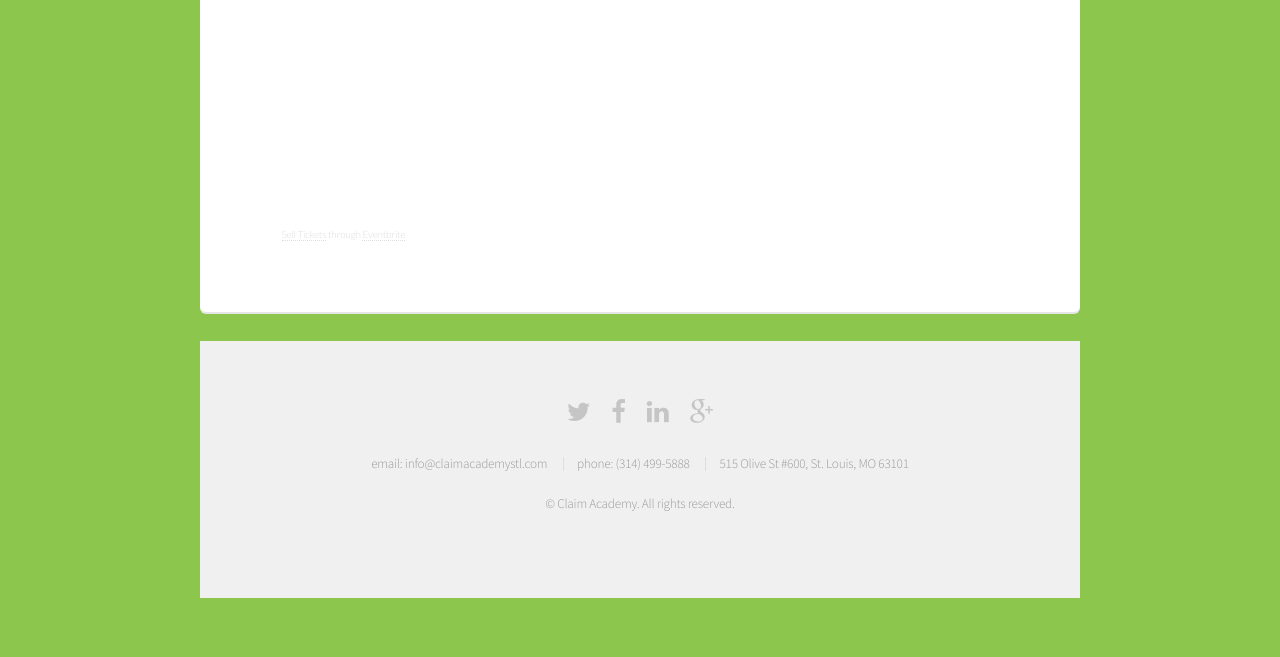
Repository: Kemo92/ClaimAcademy
Page: events/index.html
The author's editor kept a record of every edit. The page is drawn from the files as they stood at one moment, then again after the next edit.
The browser window is 1280 px wide. The pictures show the part of the page from y = 1122 to 2074 px (the page is 1779 px tall before and 2074 px after).
Pictures or frames that could not be fetched are drawn as grey boxes.

Above is the page before.

### events/index.html
<!DOCTYPE HTML>
<!--
Alpha by HTML5 UP
html5up.net | @n33co
Free for personal and commercial use under the CCA 3.0 license (html5up.net/license)
-->
<html>
<head>
<title>Claim Academy | Events at Claim Academy</title>
<!--Meta/SEO Stuff-->
<meta http-equiv="content-type" content="text/html; charset=utf-8" />
<meta name="description" content="All events held at Claim Academy's downtown St. Louis location. Join us!" />
<meta name="keywords" content="tech jobs, programming, Java, .NET, coding, St.Louis, learn to code, code, computer programming, developers, dev bootcamps, jobs" />

<!--Links to fonts and stylesheets-->
<link href='https://fonts.googleapis.com/css?family=Ubuntu:300' rel='stylesheet' type='text/css'>
<link href='https://fonts.googleapis.com/css?family=Lato:300' rel='stylesheet' type='text/css'>
<link rel="shortcut icon" href="/favicon.ico" type="image/x-icon">
<link rel="icon" href="/favicon.ico" type="image/x-icon">

<!--[if lte IE 8]><script src="css/ie/html5shiv.js"></script><![endif]-->
<script src="js/jquery.min.js"></script>
<script src="js/jquery.dropotron.min.js"></script>
<script src="js/jquery.scrollgress.min.js"></script>
<script src="js/skel.min.js"></script>
<script src="js/skel-layers.min.js"></script>
<script src="js/init.js"></script>
<noscript>
<link rel="stylesheet" href="../css/skel.css" />
<link rel="stylesheet" href="../css/style.css" />
<link rel="stylesheet" href="../css/style-wide.css" />
</noscript>
<!--[if lte IE 8]><link rel="stylesheet" href="css/ie/v8.css" /><![endif]-->
</head>
<body class="landing">




<!-- Header -->
<header id="header" class="alt">
<h1 id="sneakyheader"><a href="index.html"></a>Programming and Developer Bootcamp for St. Louis</h1>
<nav id="nav">
<ul>
<li><a href="index.html">Visit our Home Page</a></li>
<li><a href="http://claimacademystl.com/html/signup.html" class="button">Begin your application</a></li>
</ul>
</nav>
</header>




<!-- Banner -->
<section id="banner">
<div id="headsplash">
<p style="font-size:6vw">Claim Academy Events</p>
<hr>
<p style="font-size:4vw;">See our upcoming meet-ups, extra training opportunities, and weekend seminars</p>
</div>
</section>




<!-- Main -->
<section id="main" class="container">
<a name="jump1"></a>
<section class="box features">
<header class="major">
<div style="width:195px; text-align:center;" ><iframe  src="https://www.eventbrite.com/calendar-widget?eid=16777359534" frameborder="0" height="491" width="195" marginheight="0" marginwidth="0" scrolling="no" allowtransparency="true"></iframe><div style="font-family:Lato, Helvetica, Arial; font-size:10px; padding:5px 0 5px; margin:2px; width:195px; text-align:center;" ><a style="color:#ddd; text-decoration:none;" target="_blank" href="http://www.eventbrite.com/r/ecal">Sell Tickets</a> <span style="color:#ddd;">through</span> <a style="color:#ddd; text-decoration:none;" target="_blank" href="http://www.eventbrite.com?ref=ecal">Eventbrite</a></div></div>
</header>
</section>




<!-- CTA -->
<section id="cta" class="mobileonly">
<h2>On a mobile device?</h2>
<p style="font-size:3vw; width:80vw; margin-left:auto; margin-right:auto;">Enter your email below, and we'll send you a link to the application that you can complete later on your desktop.</p>
<form action="//claimacademystl.us9.list-manage.com/subscribe/post?u=79cf6ff8ead503f9b7587debe&amp;id=497ecf19fe" method="post" name="mc-embedded-subscribe-form" class="validate" target="_blank" novalidate>
<div class="row uniform 50%">
<div class="8u 12u(3)">
<input type="email" name="email" id="email" placeholder="Email Address" />
</div>
<div class="4u 12u(3)">
<input type="submit" value="Sign Up" class="fit" id="mc-embedded-subscribe"/>
</div>
</div>
</form>

<!--End mc_embed_signup-->
</section>

<!-- Footer -->
<footer id="footer">
<ul class="icons">
<li><a href="http://twitter.com/claimacademystl" class="icon fa-twitter"><span class="label">Twitter</span></a></li>
<li><a href="http://facebook.com/claimacademy" class="icon fa-facebook"><span class="label">Facebook</span></a></li>
<li><a href="https://www.linkedin.com/company/claim-academy" class="icon fa-linkedin"><span class="label">LinkedIn</span></a></li>
<li><a href="https://plus.google.com/+Claimacademystl/posts" class="icon fa-google-plus"><span class="label">Google+</span></a></li>
</ul>

<ul class="copyright">
<li>email: info@claimacademystl.com</li>
<li>phone: (314) 499-5888</li>
<li>515 Olive St #600, St. Louis, MO 63101</li>
</ul>
<ul class="copyright">
<li>&copy; Claim Academy. All rights reserved.</li>
</ul>
</footer>
<!--Scrolling function-->
<script>
$(function() {
 $('a[href*=#]:not([href=#])').click(function() {
   if (location.pathname.replace(/^\//,'') == this.pathname.replace(/^\//,'') && location.hostname == this.hostname) {
     var target = $(this.hash);
     target = target.length ? target : $('[name=' + this.hash.slice(1) +']');
     if (target.length) {
       $('html,body').animate({
         scrollTop: target.offset().top
       }, 1000);
       return false;
     }
   }
 });
});
</script>
<!--Google Analytics-->
<script>
 (function(i,s,o,g,r,a,m){i['GoogleAnalyticsObject']=r;i[r]=i[r]||function(){
 (i[r].q=i[r].q||[]).push(arguments)},i[r].l=1*new Date();a=s.createElement(o),
 m=s.getElementsByTagName(o)[0];a.async=1;a.src=g;m.parentNode.insertBefore(a,m)
 })(window,document,'script','//www.google-analytics.com/analytics.js','ga');

 ga('create', 'UA-57286580-1', 'auto');
 ga('send', 'pageview');
</script>
</body>
</html>

Loaded but not shown: events/js/jquery.min.js (library); events/js/jquery.dropotron.min.js (library); events/js/jquery.scrollgress.min.js (common file); events/js/skel.min.js (library); events/js/skel-layers.min.js (library); css/style-wide.css (common file); css/style-normal.css (common file); css/font-awesome.min.css (library); events/js/init.js (109 lines, source omitted); css/style.css (1636 lines, source omitted)

After the next edit:
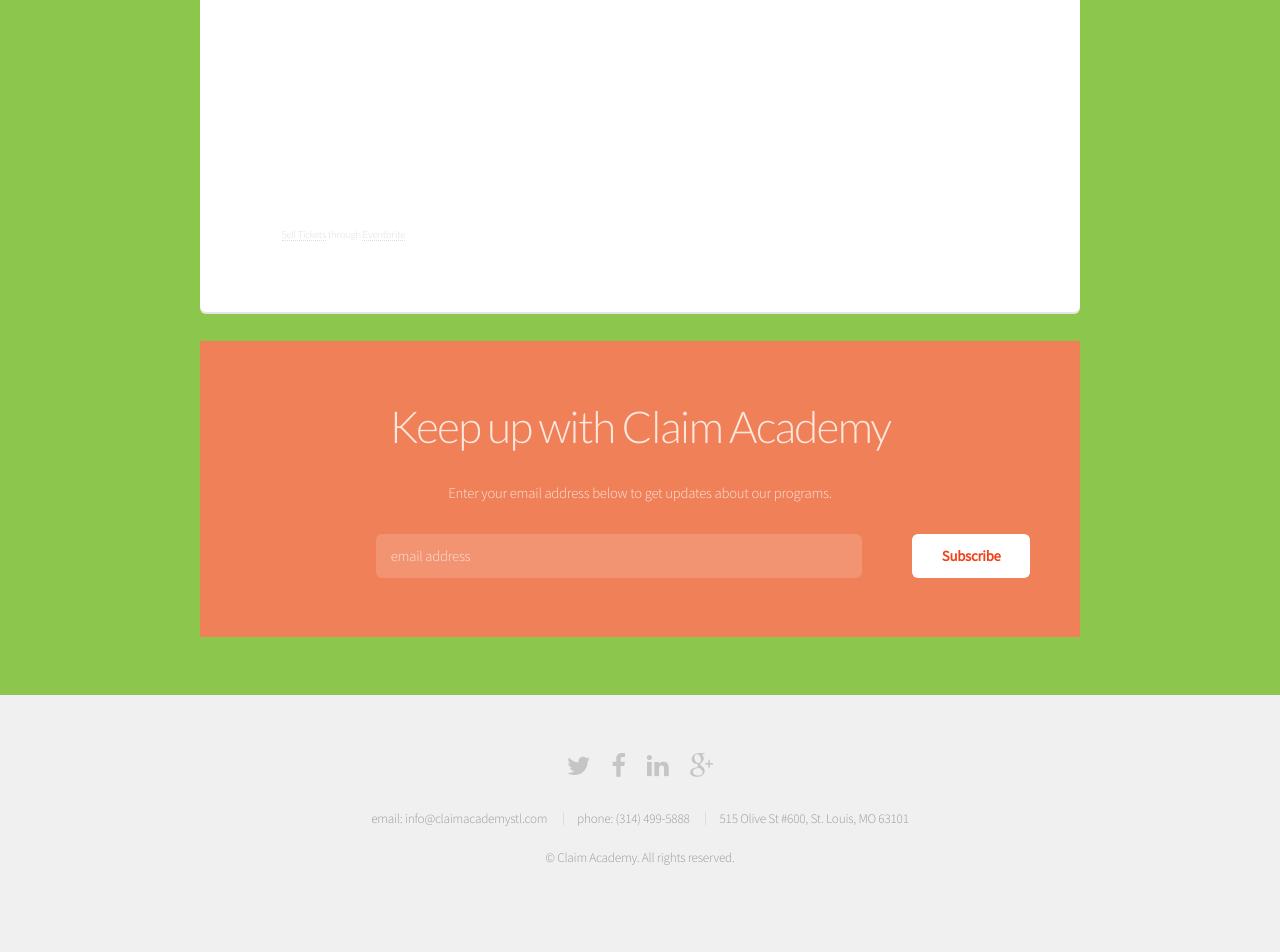
The edit:
--- a/events/index.html
+++ b/events/index.html
@@ -76,19 +76,23 @@
 
 
 <!-- CTA -->
-<section id="cta" class="mobileonly">
-<h2>On a mobile device?</h2>
-<p style="font-size:3vw; width:80vw; margin-left:auto; margin-right:auto;">Enter your email below, and we'll send you a link to the application that you can complete later on your desktop.</p>
-<form action="//claimacademystl.us9.list-manage.com/subscribe/post?u=79cf6ff8ead503f9b7587debe&amp;id=497ecf19fe" method="post" name="mc-embedded-subscribe-form" class="validate" target="_blank" novalidate>
-<div class="row uniform 50%">
-<div class="8u 12u(3)">
-<input type="email" name="email" id="email" placeholder="Email Address" />
-</div>
-<div class="4u 12u(3)">
-<input type="submit" value="Sign Up" class="fit" id="mc-embedded-subscribe"/>
-</div>
+<section id="cta">
+<h2>Keep up with Claim Academy</h2>
+<p>Enter your email address below to get updates about our programs.</p>
+
+<div id="mc_embed_signup">
+<form action="//claimacademystl.us9.list-manage.com/subscribe/post?u=79cf6ff8ead503f9b7587debe&amp;id=bebd29520f" method="post" id="mc-embedded-subscribe-form" name="mc-embedded-subscribe-form" class="validate" target="_blank" novalidate>
+<div id="mc_embed_signup_scroll">
+<input type="email" value="" name="EMAIL" class="email" id="mce-EMAIL" placeholder="email address" required>
+<!-- real people should not fill this in and expect good things - do not remove this or risk form bot signups-->
+<div style="position: absolute; left: -5000px;"><input type="text" name="b_79cf6ff8ead503f9b7587debe_bebd29520f" tabindex="-1" value=""></div>
+<div class="clear"><input type="submit" value="Subscribe" name="subscribe" id="mc-embedded-subscribe" class="button"></div>
 </div>
 </form>
+</div>
+
+</section>
+
 
 <!--End mc_embed_signup-->
 </section>
